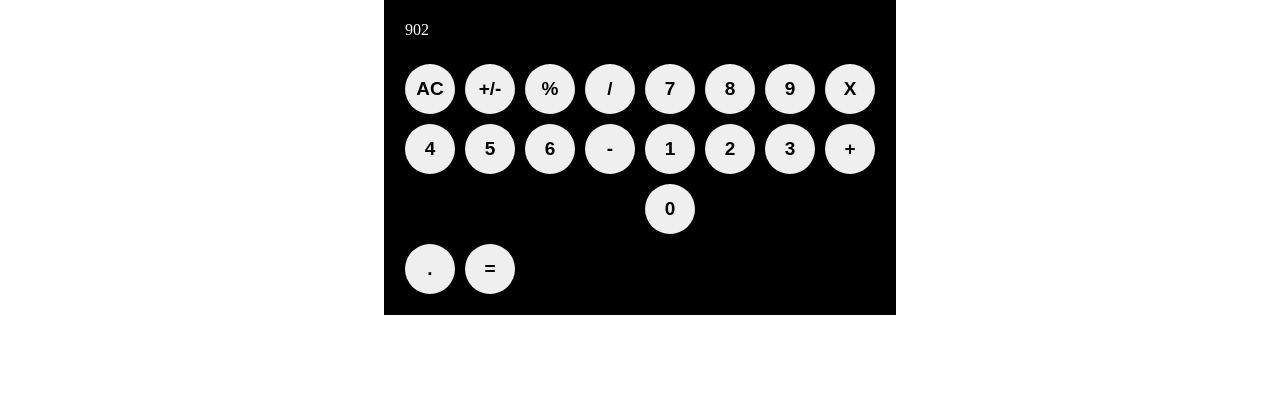
Repository: dmpelaez/calculator
Page: Calculator.html
These files come from the project's save history. The page is drawn as it stood at one moment and after the next save; the edit follows.
The browser window is 1280 px wide. The pictures show the whole page.

Above is the page before, as saved 2025-12-15 19:59:44.

After the next save:
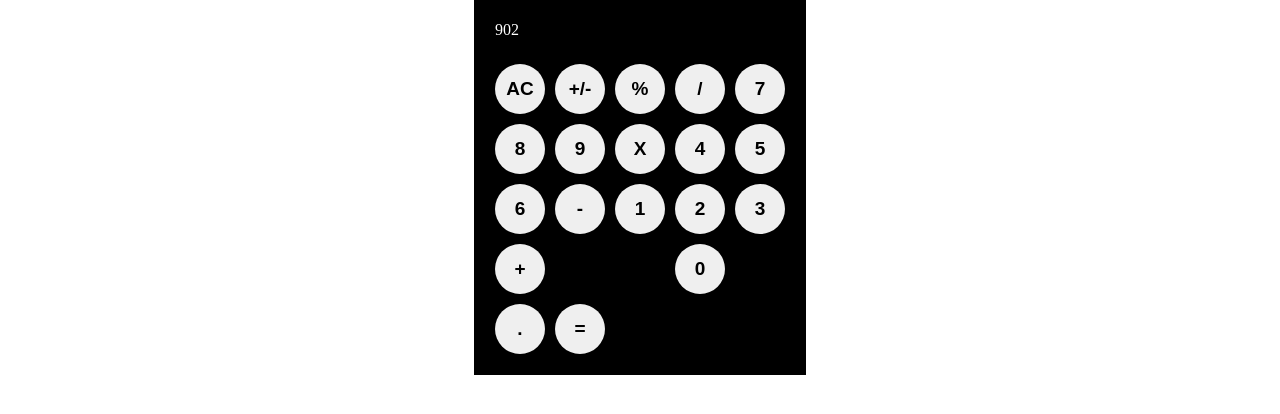
Saved 15 s later.
--- a/Calculator.css
+++ b/Calculator.css
@@ -37,5 +37,5 @@ background: black;
   Font-size: 19px;
 }
 .zero {
-  grid-column: 5 / 4 span;
+  grid-column: 4 / 2 span;
 }
